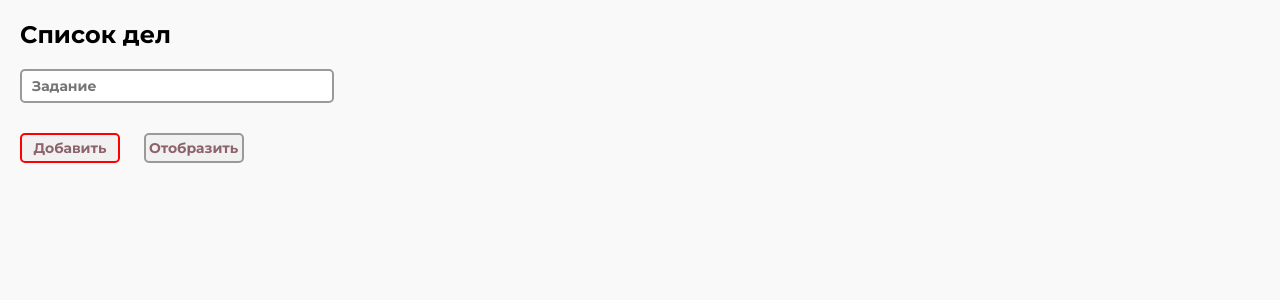
Repository: andbaik/it_unit9
Page: index.html
An editor plug-in stored every save of this project. The page is shown before and after the next save, followed by the edit.
The browser window is 1280 px wide. The pictures show the whole page.
The pointer rests on the first visible `.btn`.

Above is the page before, as saved 2021-04-10 19:36:04.

After the next save:
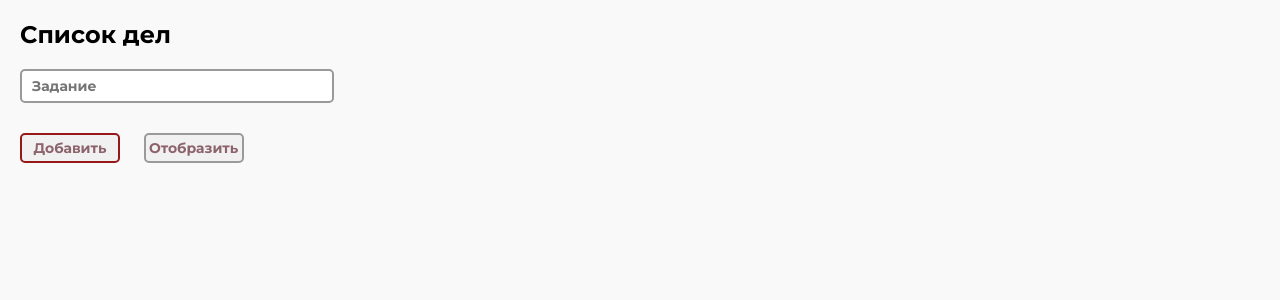
Saved 7 s later.
--- a/css/style.css
+++ b/css/style.css
@@ -49,7 +49,7 @@ section .btn-block{
 
 }
 .btn:hover {
-    border-color: red;
+    border-color: rgb(151, 24, 24);
 }
 
 .show-task{
